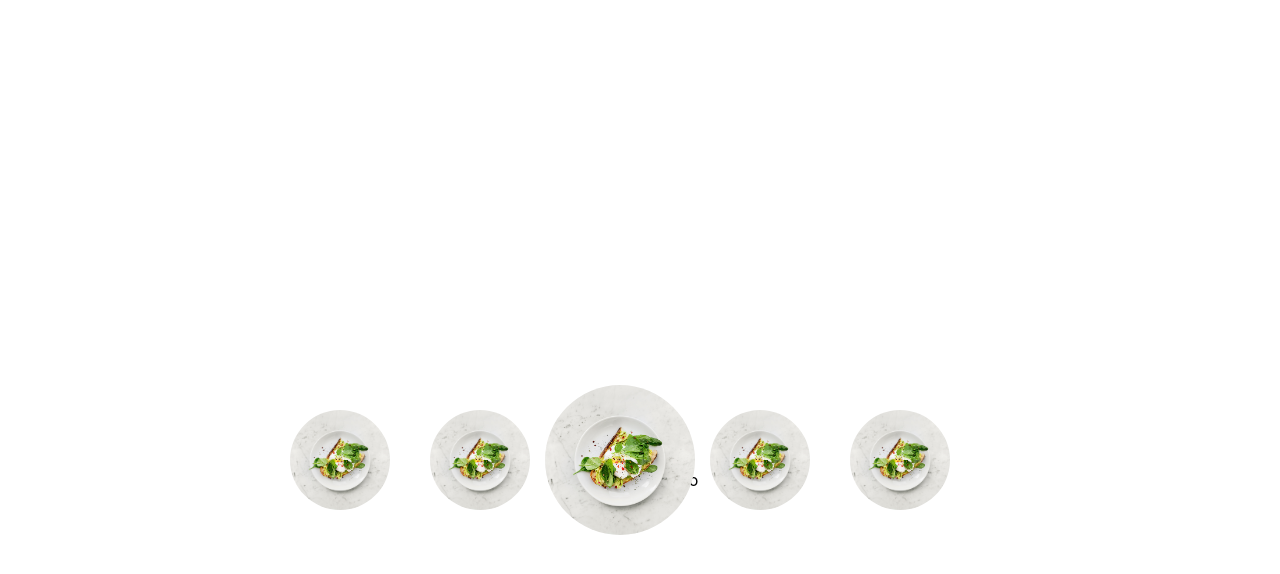
Repository: nambui98/slider
Page: /
These files come from the project's save history. The page is drawn as it stood at one moment and after the next save; the edit follows.
The browser window is 1280 px wide. The pictures show the whole page.
The project was rebuilt for these pictures with package versions that can differ from the ones it lists, and the page was loaded fresh each time. Also part of the build but not shown: vite.config.ts.

Above is the page before, as saved 2022-04-12 10:16:42.

After the next save:
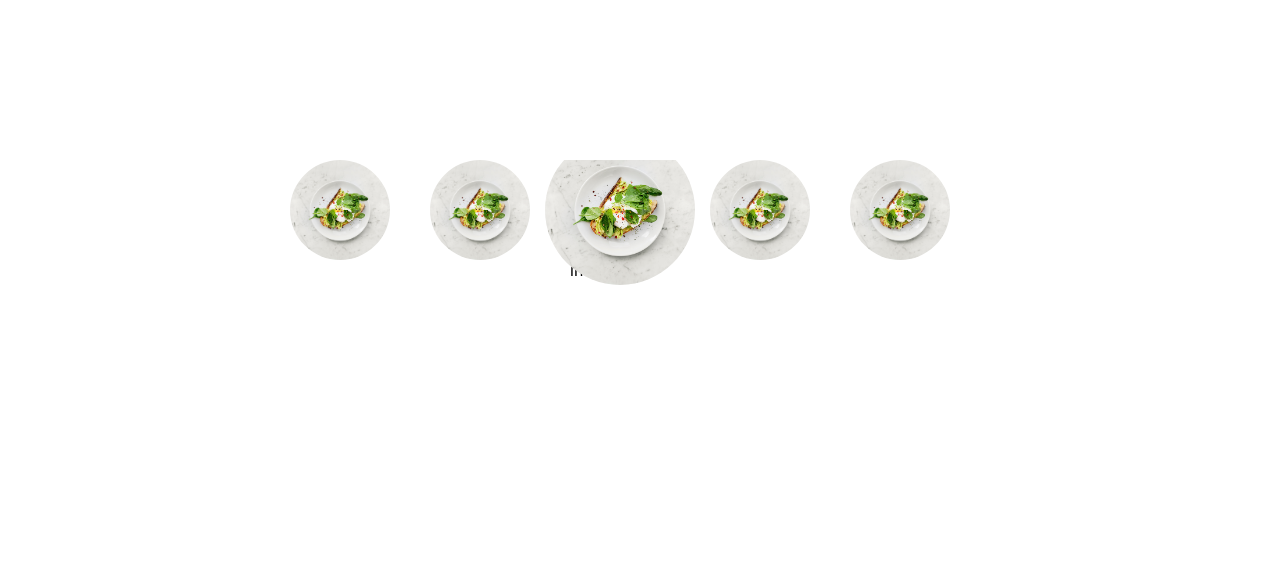
Saved 11 s later.
--- a/src/components/horizolslider/Horizolsider.tsx
+++ b/src/components/horizolslider/Horizolsider.tsx
@@ -11,10 +11,10 @@ const Wrapper = styled.div`
 `
 const Item = styled.div`
     height: 400px;
-    display: flex !important;
+    /* display: flex !important;
     justify-content: center;
     align-items: flex-end;
-    margin-bottom: 100px;
+    margin-bottom: 100px; */
     /* position: relative;
      */
     /* margin: 0 15px; */
